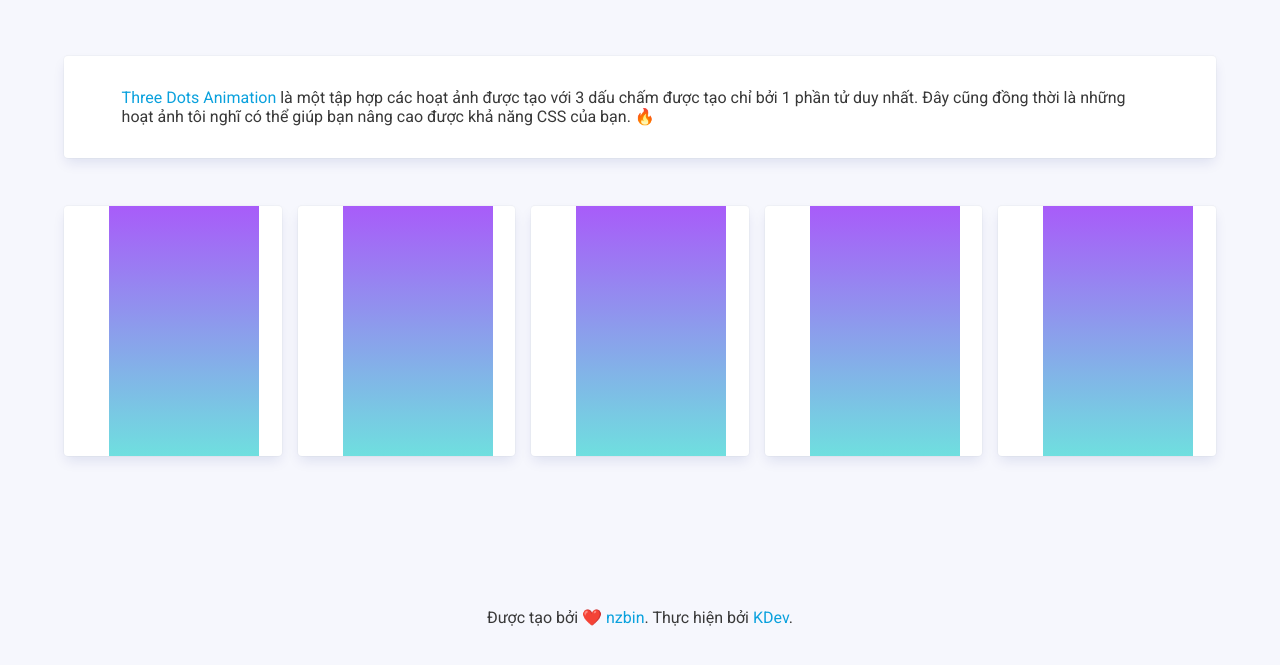
Repository: haokiet2501/lazy-loader-animation
Page: index.html
These files come from the project's save history. The page is drawn as it stood at one moment and after the next save; the edit follows.
The browser window is 1280 px wide. The pictures show the whole page.
The style sheet was rebuilt from its Sass, Less or Tailwind sources for each picture, by a compiler version that may differ from the author's.

Above is the page before, as saved 2022-05-06 19:57:28.

After the next save:
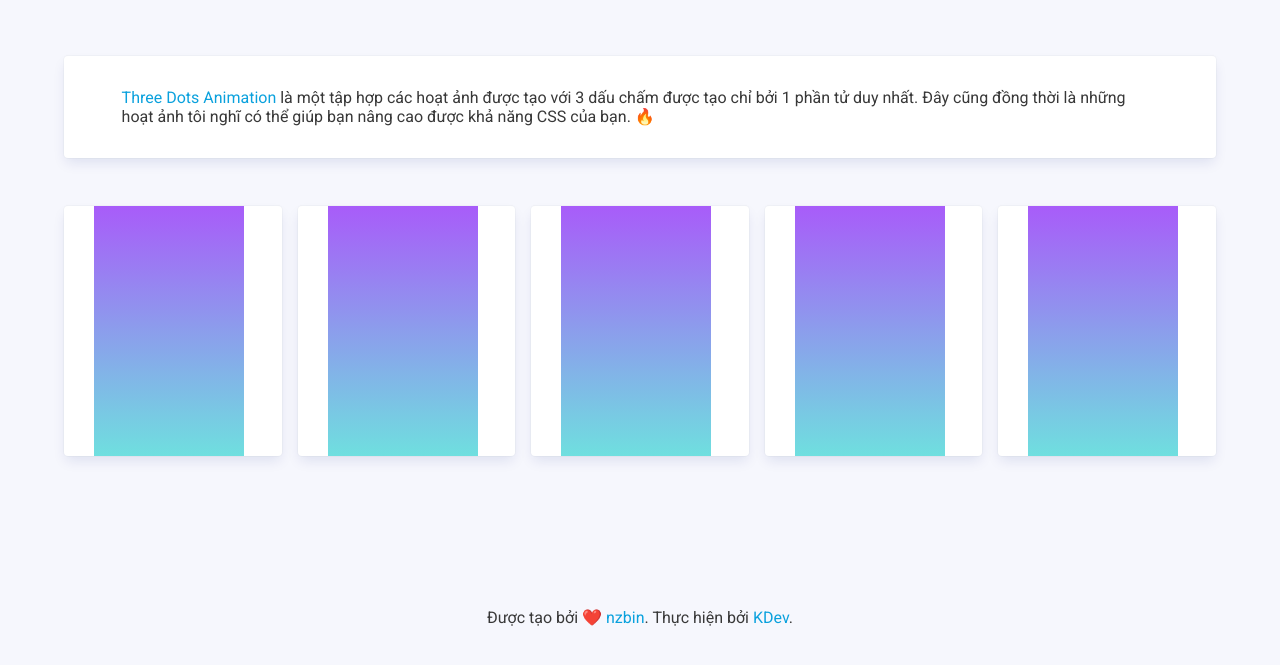
Saved 4 s later.
--- a/sass/styles.scss
+++ b/sass/styles.scss
@@ -30,7 +30,7 @@ $color-line: #50dfdb;
     content: '';
     position: absolute;
     top: 0;
-    left: 45px;
+    left: 30px;
     width: 150px;
     height: 100%;
     background: linear-gradient(#A85CF9, #6FDFDF);
